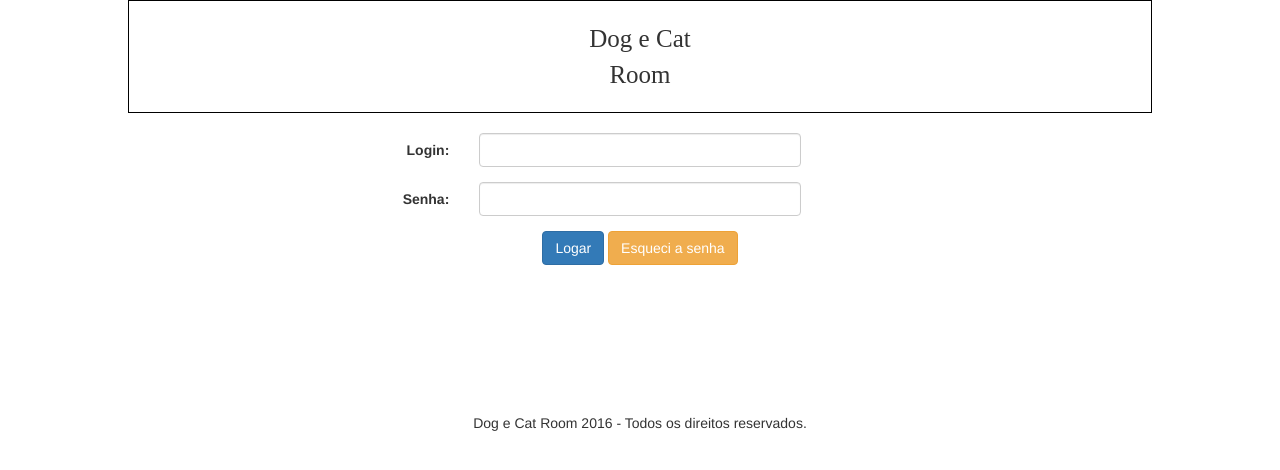
Repository: Natanzx/DogECatRoom
Page: http://localhost/DogECatRoom/login.jsp
The author's editor kept a copy of each file at every save. The page is drawn from the files as they stood at one save, then again after the next save.
The browser window is 1280 px wide. The pictures show the whole page.
The page is served by Tomcat 9.

Above is the page before, as saved 2016-05-15 19:36:01.

After the next save:
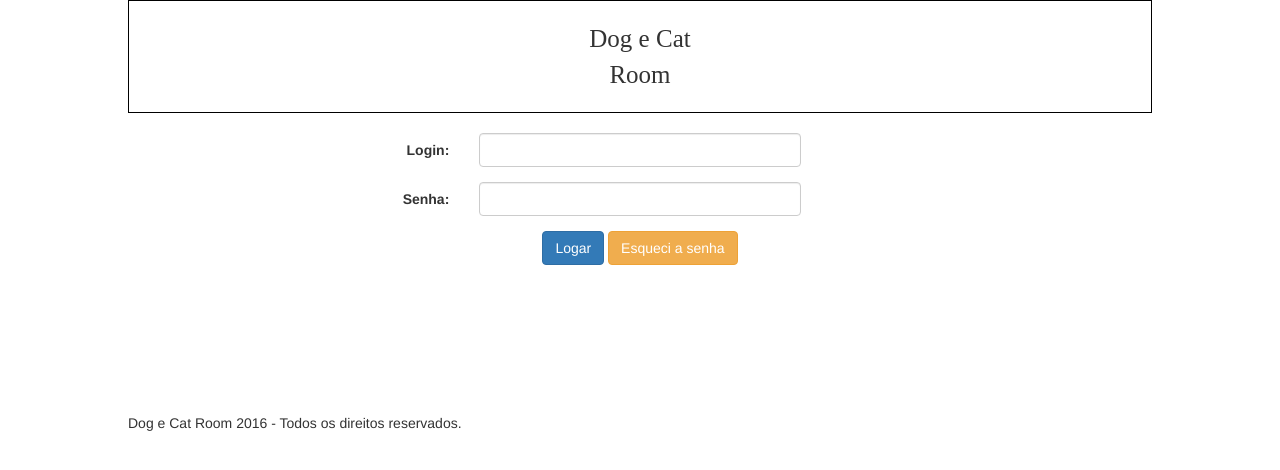
Saved 28 s later.
--- a/DogECatRoom/WebContent/login.jsp
+++ b/DogECatRoom/WebContent/login.jsp
@@ -55,7 +55,7 @@
 
 		</div>
 
-		<div style="text-align: center;">Dog e Cat Room 2016 - Todos os
+		<div class="divRodape">Dog e Cat Room 2016 - Todos os
 			direitos reservados.</div>
 	</div>
 </body>

After the 2 saves that followed:
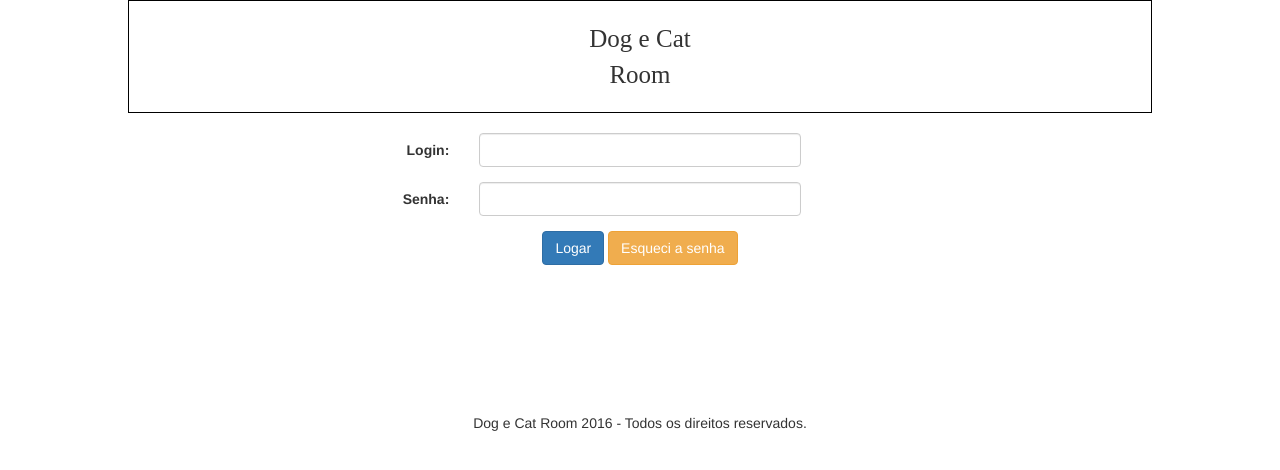
The 2 saves are shown as one change because 1 left the picture as it was.
The last was saved 101 s later.
--- a/DogECatRoom/WebContent/login.jsp
+++ b/DogECatRoom/WebContent/login.jsp
@@ -55,8 +55,9 @@
 
 		</div>
 
-		<div class="divRodape">Dog e Cat Room 2016 - Todos os
-			direitos reservados.</div>
+		<div class="divRodape">
+			Dog e Cat Room 2016 - Todos os direitos reservados.
+		</div>
 	</div>
 </body>
 </html>
--- a/DogECatRoom/WebContent/bibliotecas/css/estilos.css
+++ b/DogECatRoom/WebContent/bibliotecas/css/estilos.css
@@ -13,6 +13,9 @@
 	padding				: 20px 0px;
 }
 
+.divRodape{
+	text-align			: center;
+}
 
 .content{
 	min-height			: 300px;
